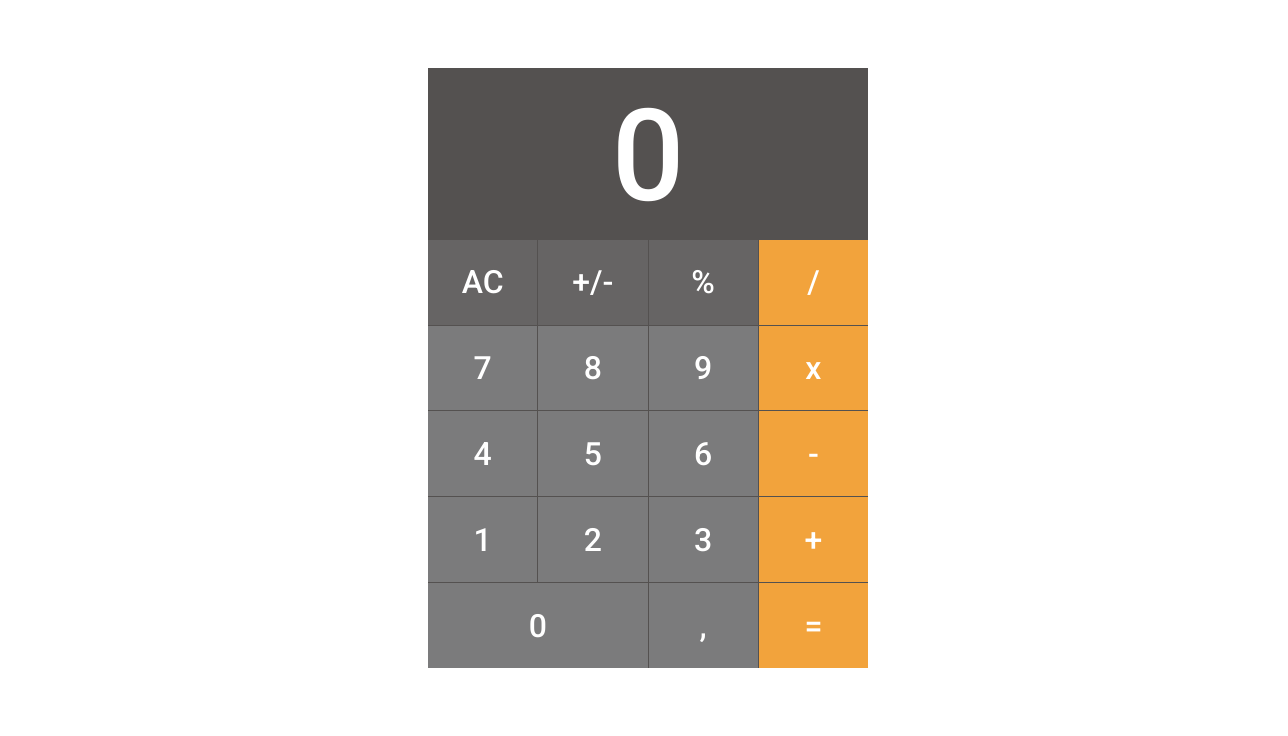
Repository: maciekto/calculatorOOP
Page: index.html
These files come from the project's save history. The page is drawn as it stood at one moment and after the next save; the edit follows.
The browser window is 1280 px wide. The page is 1288 px wide, so the pictures cover 1288 px, including what lies to the right of the window. The pictures show the whole page.

Above is the page before, as saved 2022-07-08 16:58:55.

### index.html
<!DOCTYPE html>
<html lang="en">
<head>
    <meta charset="UTF-8">
    <meta http-equiv="X-UA-Compatible" content="IE=edge">
    <meta name="viewport" content="width=device-width, initial-scale=1.0">
    <title>Document</title>
    <link rel="stylesheet" href="css.css">


</head>
<body>
    <main>
        <div class="Calc">
            <div class="Calc__result">
                <div class="Calc__result__inner">
                    0
                </div>
            </div>

            <div class="Calc__reset">
                AC
            </div>
            <div class="Calc__opposite">
                +/-
            </div>
            <div class="Calc__percentages">
                %
            </div>
            <div class="Calc__divide">
                /
            </div>

            <div class="Calc__7">7</div>
            <div class="Calc__8">8</div>
            <div class="Calc__9">9</div>
            <div class="Calc__multiply">
                x
            </div>

            <div class="Calc__4">4</div>
            <div class="Calc__5">5</div>
            <div class="Calc__6">6</div>
            <div class="Calc__substraction">
                -
            </div>

            <div class="Calc__1">1</div>
            <div class="Calc__2">2</div>
            <div class="Calc__3">3</div>
            <div class="Calc__addition">
                +
            </div>

            <div class="Calc__0">0</div>
            <div class="Calc__comma">,</div>
            <div class="Calc__isequal">
                =
            </div>

        </div>
    </main>

    <script src="js.js"></script>
</body>
</html>

### css.css
@import url('https://fonts.googleapis.com/css2?family=Roboto:wght@400;500;700&display=swap');

* {
    font-family: 'Roboto', sans-serif;
    font-weight: 500;
    box-sizing: border-box;
}

main {
    width: 100vw;
    height: 100vh;
    display: grid;
    place-items: center;
}

.Calc {
    max-width: 440px;
    width: 55vw;
    height: 80vw;
    max-height: 600px;
    background: #545150;
    color: white;
    display: grid;
    grid-template-columns: repeat(4, 1fr);
    grid-template-rows: repeat(7, 1fr);
    grid-template-areas:
    "result result result result"
    "result result result result"
    "reset opposite percentages divide"
    "seven eight nine multiply"
    "four five six substraction"
    "one two three addition"
    "zero zero comma isequal"
    ;
    grid-gap: 1px;
    font-size: 4vw;
}
.Calc div {
    display: grid;
    place-items: center;
    background: #7b7b7c;
    cursor: pointer;
}
.Calc__result {
    grid-area: result;
    background: #545150 !important;
}
.Calc__result__inner {
    padding: 1vw 4vw;
    font-size: 10vw;
    text-size-adjust: 10%;

    background: #545150 !important;
    place-items: end end !important;
}
.Calc__reset {
    background: #666464 !important;
}
.Calc__opposite {
    background: #666464 !important;
}
.Calc__percentages {
    background: #666464 !important;
}
.Calc__divide {
    background: #f2a33c !important;
}
.Calc__multiply {
    background: #f2a33c !important;
}
.Calc__substraction {
    background: #f2a33c !important;
}
.Calc__addition {
    background: #f2a33c !important;
}
.Calc__isequal {
    background: #f2a33c !important;
}


.Calc__0 {
    grid-area: zero;
}

@media (min-width: 800px) {
    .Calc {
        font-size: 32px;
    }
    .Calc__result {
        font-size: 80px;
    }
}

### js.js

// Zaznaczanie klasy
function Class(nazwa) {
    return document.querySelector(`.${nazwa}`);
}


const result = Class('Calc__result');
const x = Class('Calc__multiply');


let result_number;

const l0 = Class('Calc__0');
const l1 = Class('Calc__1');
const l2 = Class('Calc__2');
const l3 = Class('Calc__3');
const l4 = Class('Calc__4');
const l5 = Class('Calc__5');
const l6 = Class('Calc__6');
const l7 = Class('Calc__7');
const l8 = Class('Calc__8');
const l9 = Class('Calc__9');
const lcomma = Class('Calc__comma');

var liczby = [l0, l1, l2, l3, l4, l5, l6, l7, l8, l9, lcomma, x];

liczby.forEach(element => {
    element.addEventListener('click', () => numberClicked(element));
});

function numberClicked(number) {
    console.log(number.innerHTML)
    if(number.innerHTML === 'x') {

    }else {
        if(result.innerHTML === '0') {
            result.innerHTML = number.innerHTML;
        } else {
            const OLDresult = result.innerHTML;
            result.innerHTML = OLDresult + number.innerHTML;
        }
    }


}

console.log(l1)



























































// inputy liczb
// inputy orange
// input procent
// input odwrotność
// input reset

// 1. po klinięciu liczba jest zapisywana jako aktywna, jeżeli jest dodana następna liczba jest dodawana do pierwszej w stringu

// 2. Po kliniuęciu jakiegoś przycisku z orange jest dodawana flaga co będzie z tą liczbą robione

// 3. Wprowadzenie następnej liczby

// 4. Wynik


// 5. Resetowanie liczby jako resetowanie zmiennej przechowującej wyrażenie

After the next save:
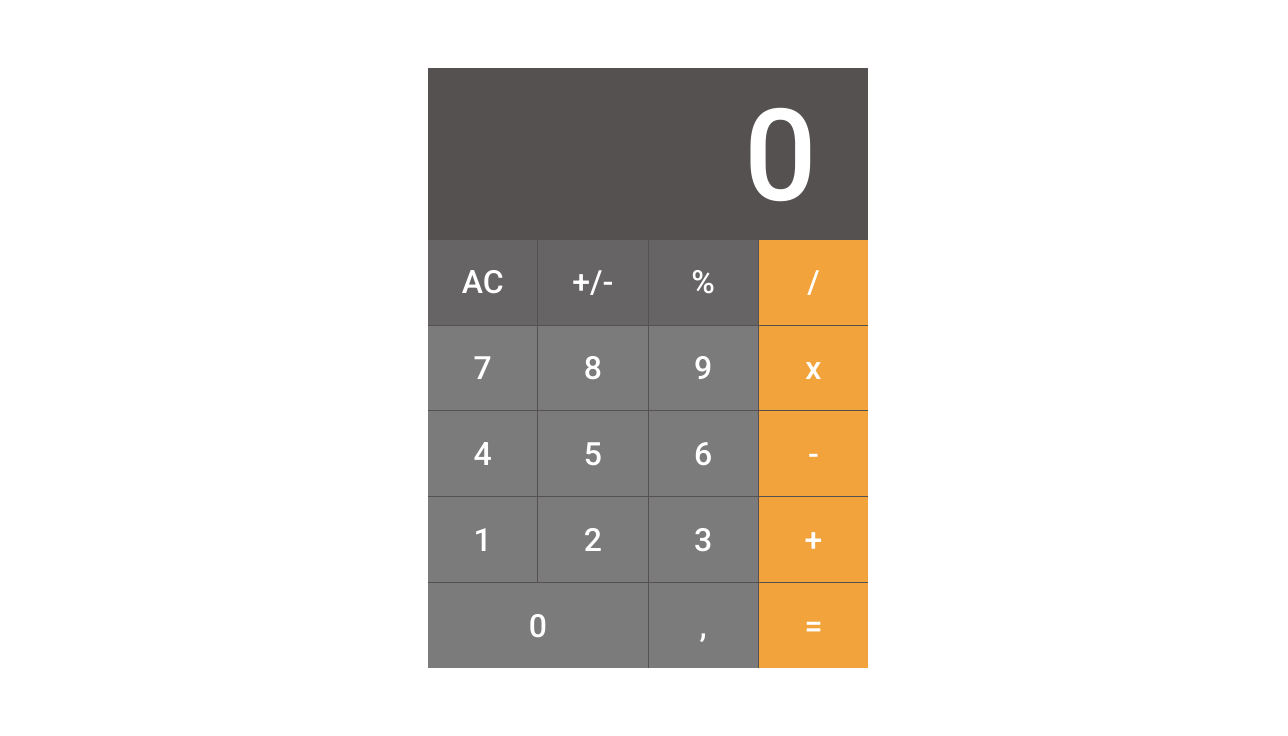
Saved 12 s later.
--- a/css.css
+++ b/css.css
@@ -44,14 +44,14 @@ main {
 .Calc__result {
     grid-area: result;
     background: #545150 !important;
+    place-items: end end !important;
 }
 .Calc__result__inner {
     padding: 1vw 4vw;
     font-size: 10vw;
-    text-size-adjust: 10%;
 
     background: #545150 !important;
-    place-items: end end !important;
+
 }
 .Calc__reset {
     background: #666464 !important;
